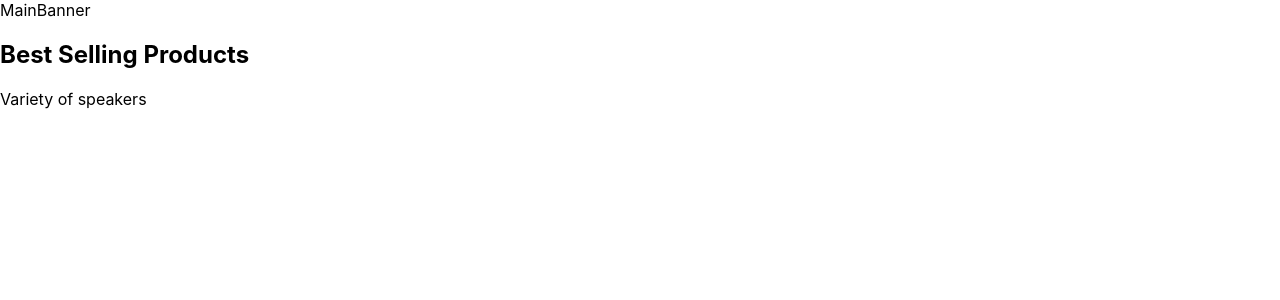
Repository: Ayush-dixit-15/AD_Headphones
Page: /
An editor plug-in stored every save of this project. The page is shown before and after the next save, followed by the edit.
The browser window is 1280 px wide. The pictures show the whole page.
The project was rebuilt for these pictures with package versions that can differ from the ones it lists, and the page was loaded fresh each time. The framework's server and built-in components were replaced by stand-ins that run in the browser. Also part of the build but not shown: next.config.js.

Above is the page before, as saved 2022-07-20 02:24:02.

### pages/index.js
import React from 'react'

const Home = () => {
  return (
    <>
        MainBanner

        <div>
          <h2>
            Best Selling Products
          </h2>
          <p>
            Variety of speakers
          </p>
        </div>

        <div>
          {['Product 1' , 'Product 2'].map((product)=>{product})}
        </div>
    </>
  )
}

export default Home;

Loaded but not shown: pages/_app.js (common file); styles/globals.css (common file)

After the next save:
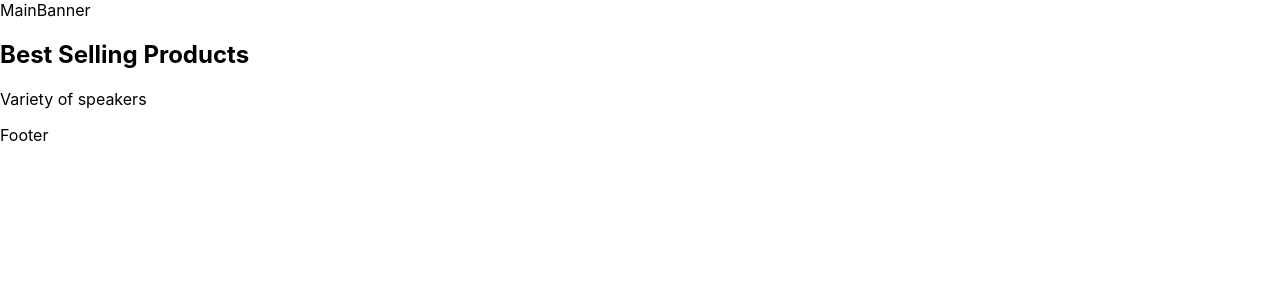
Saved 4 min 23 s later.
--- a/pages/index.js
+++ b/pages/index.js
@@ -17,6 +17,9 @@ const Home = () => {
         <div>
           {['Product 1' , 'Product 2'].map((product)=>{product})}
         </div>
+
+
+        Footer
     </>
   )
 }
